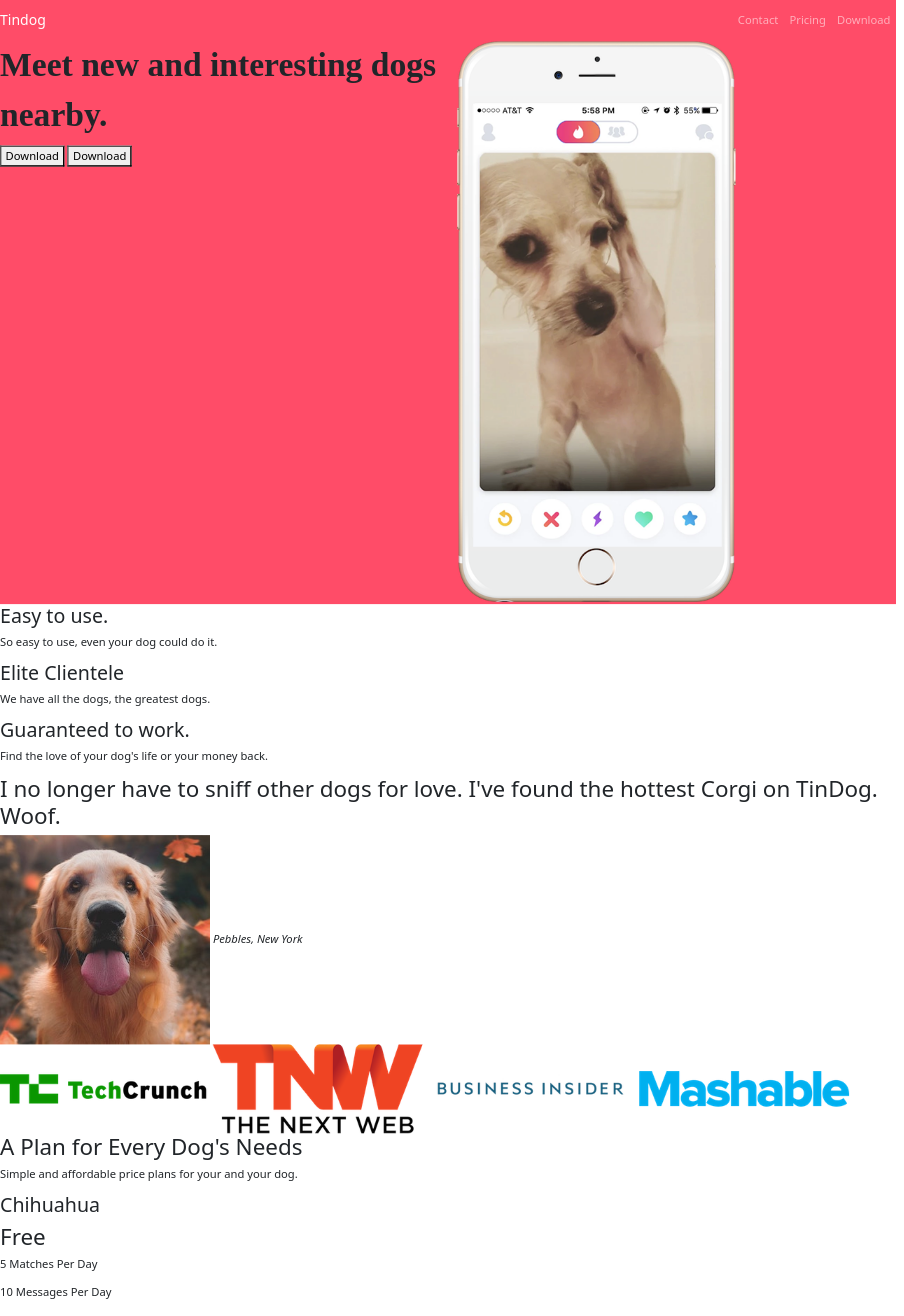
Repository: Mardoqueu/tindog
Page: index.html
These files come from the project's save history. The page is drawn as it stood at one moment and after the next save; the edit follows.
The browser window is 1280 px wide. The page is 1292 px wide, so the pictures cover 1292 px, including what lies to the right of the window. The pictures show the part of the page from y = 0 to 1880 px (the page is 2571 px tall), at 70% of full size.

Above is the page before, as saved 2022-10-17 11:24:23.

After the next save:
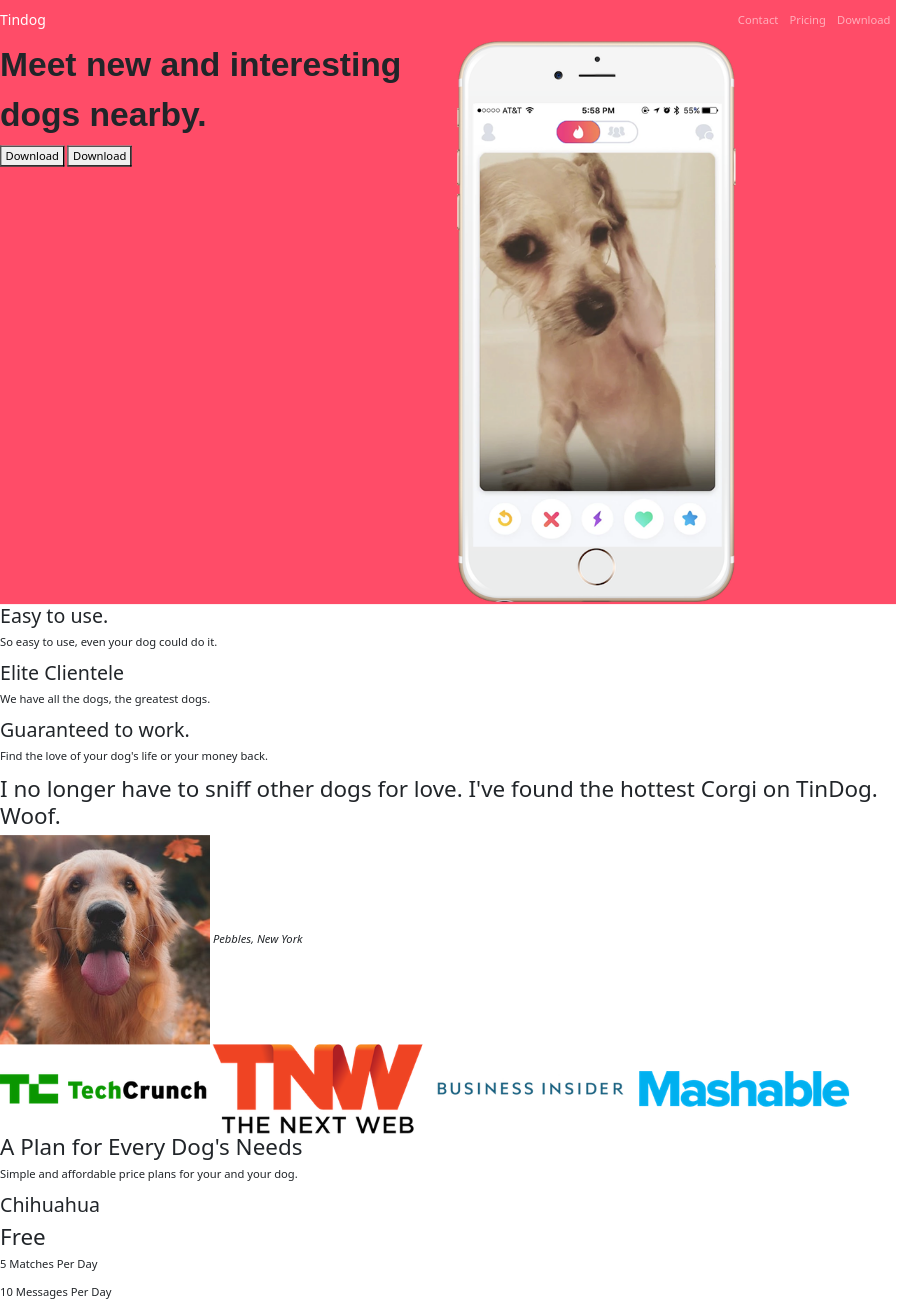
Saved 6 s later.
--- a/css/styles.css
+++ b/css/styles.css
@@ -3,7 +3,7 @@
 }
 
 h1 {
-    font-family: 'Montserrat-Black';
+    font-family: 'Arial';
     font-size: 3rem;
     line-height: 1.5;
     font-weight: 900;
